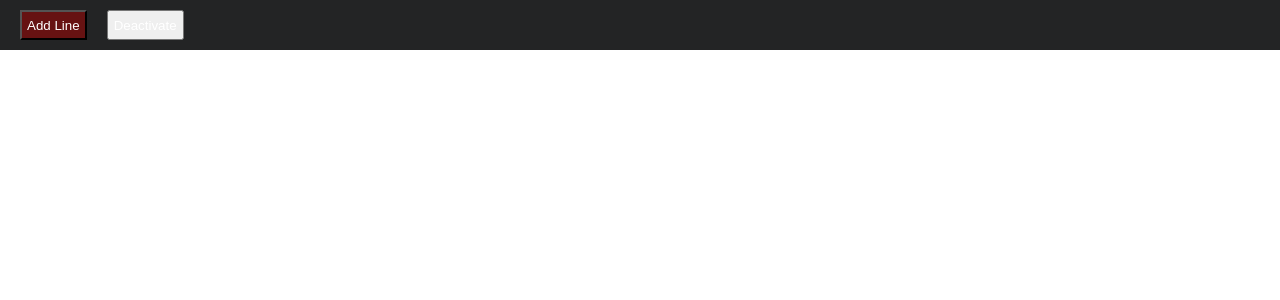
Repository: mykamla/MyJSproj
Page: fabric/index.html
An editor plug-in stored every save of this project. The page is shown before and after the next save, followed by the edit.
The browser window is 1280 px wide. The pictures show the whole page.

Above is the page before, as saved 2022-12-26 15:34:14.

### fabric/index.html
<!DOCTYPE html>
<html lang="en">
<head>
    <meta charset="UTF-8">
    <meta http-equiv="X-UA-Compatible" content="IE=edge">
    <meta name="viewport" content="width=device-width, initial-scale=1.0">
    <link rel="stylesheet" href="style.css">
    <script src="fabric.min.js"></script>
    <title>Fabric Tutorial</title>
</head>
<body>
    <canvas id="canvas"></canvas>
    <div id="toolbar">
        <button class="button" id="adding-line-btn">Add Line</button>
        <button class="button" id="deactivate-adding-shape">Deactivate</button>
    </div>
    <script src="main.js"></script>
</body>
</html>

### fabric/style.css
* {
    box-sizing: border-box;
    -moz-box-sizing: border-box;
    margin: 0;
    padding: 0;
    font-family: sans-serif;
}

#toolbar {
    position: absolute;
    top: 0;
    left: 0;
    background-color: rgb(35, 36, 37);
    color: white;
    width: 100%;
    height: 50px;
}


.button {
    float: left;
    margin-left: 20px;
    padding: 5px;
    height: 30px;
    margin-top: 10px;
    color: white;

}

#adding-line-btn {
    background-color: rgb(102, 18, 18);
}

#adding-line-btn:hover {
    background-color: rgb(221, 31, 31);
    cursor: pointer;
}

#adding-line-btn {
    background-color: rgb(102, 18, 18);
}

#deactivate-adding-shape:hover {
    background-color: rgb(221, 31, 31);
    cursor: pointer;
}

### fabric/main.js
let canvas = new fabric.Canvas('canvas', {
    width: window.innerWidth,
    height: window.innerHeight
})

let addingLineBtn = document.getElementById('adding-line-btn');

addingLineBtn.addEventListener('click', activateAddingLine);

function activateAddingLine() {
    canvas.on('mouse:down', startAddingLine);
    canvas.on('mouse:move', startDrawingLine);
    canvas.on('mouse:up', stopDrawingLine);

    canvas.selection = false;
}

let line;
let mouseDown = false;

function startAddingLine(o) {
    mouseDown = true;

    let pointer = canvas.getPointer(o.e);

    line = new fabric.Line([pointer.x, pointer.y, pointer.x, pointer.y], {
        stroke: 'red',
        strokeWidth: 3
    });
    canvas.add(line);
    canvas.requestRenderAll();
}

function startDrawingLine(o) {
    if(mouseDown === true){
        let pointer = canvas.getPointer(o.e);
        line.set({
            x2: pointer.x,
            y2: pointer.y
        });
        canvas.requestRenderAll();
    }

}

function stopDrawingLine() {
    mouseDown = false;

}

Loaded but not shown: fabric/fabric.min.js (library)

After the next save:
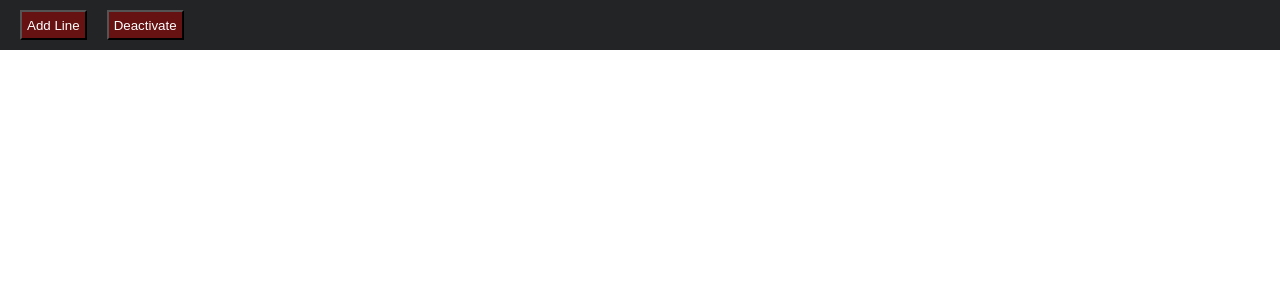
Saved 5 s later.
--- a/fabric/style.css
+++ b/fabric/style.css
@@ -36,7 +36,7 @@
     cursor: pointer;
 }
 
-#adding-line-btn {
+#deactivate-adding-shape {
     background-color: rgb(102, 18, 18);
 }
 
